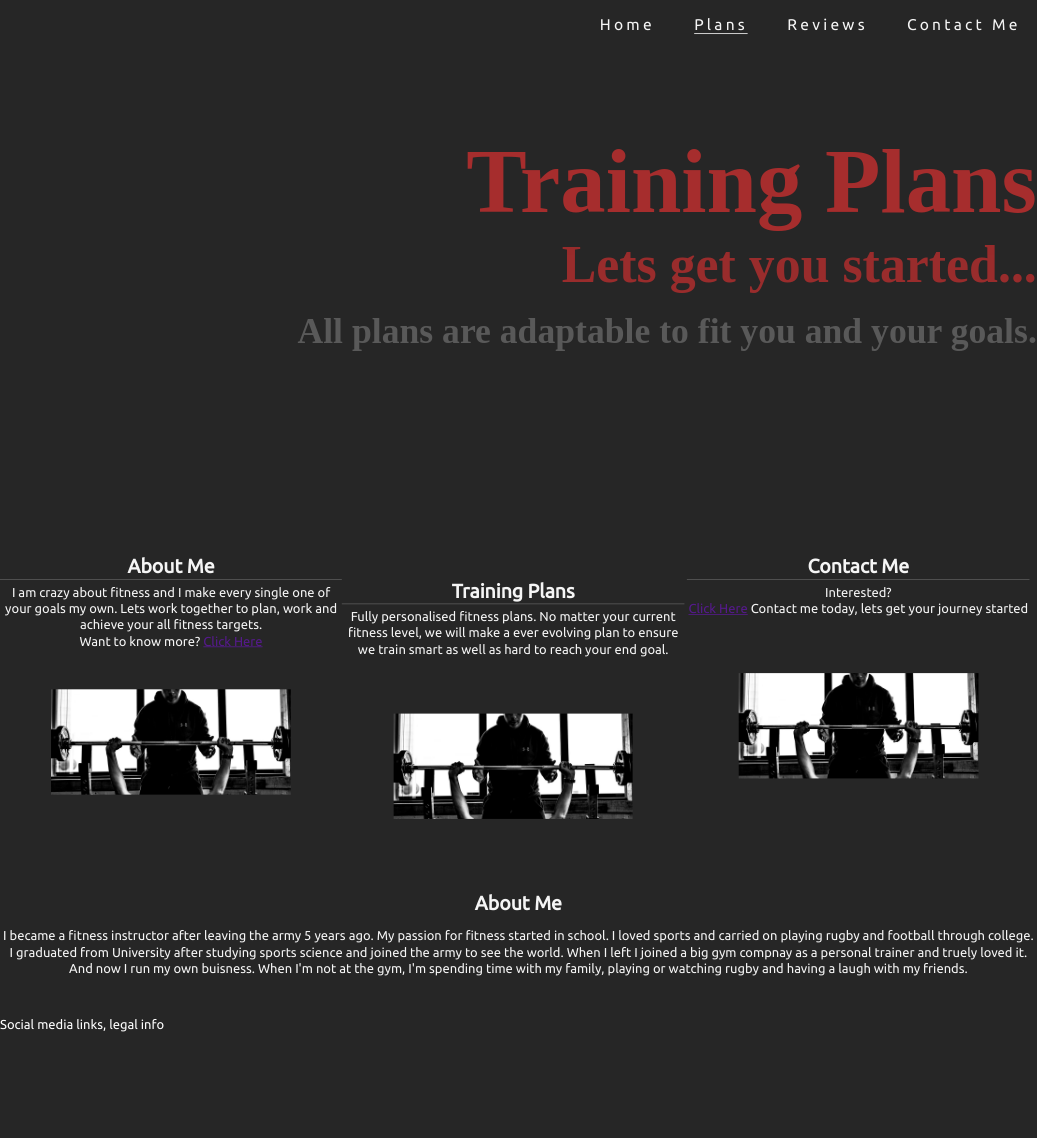
Repository: ClaireRoberts1403/Joe-Bloggs-Personal-Trainer
Page: html/plans.html
The author's editor kept a record of every edit. The page is drawn from the files as they stood at one moment, then again after the next edit.
The browser window is 1280 px wide. The pictures show the whole page, at 81% of full size.
Some web fonts or font styles are not loaded; a fallback is used.

Above is the page before.

After the next edit:
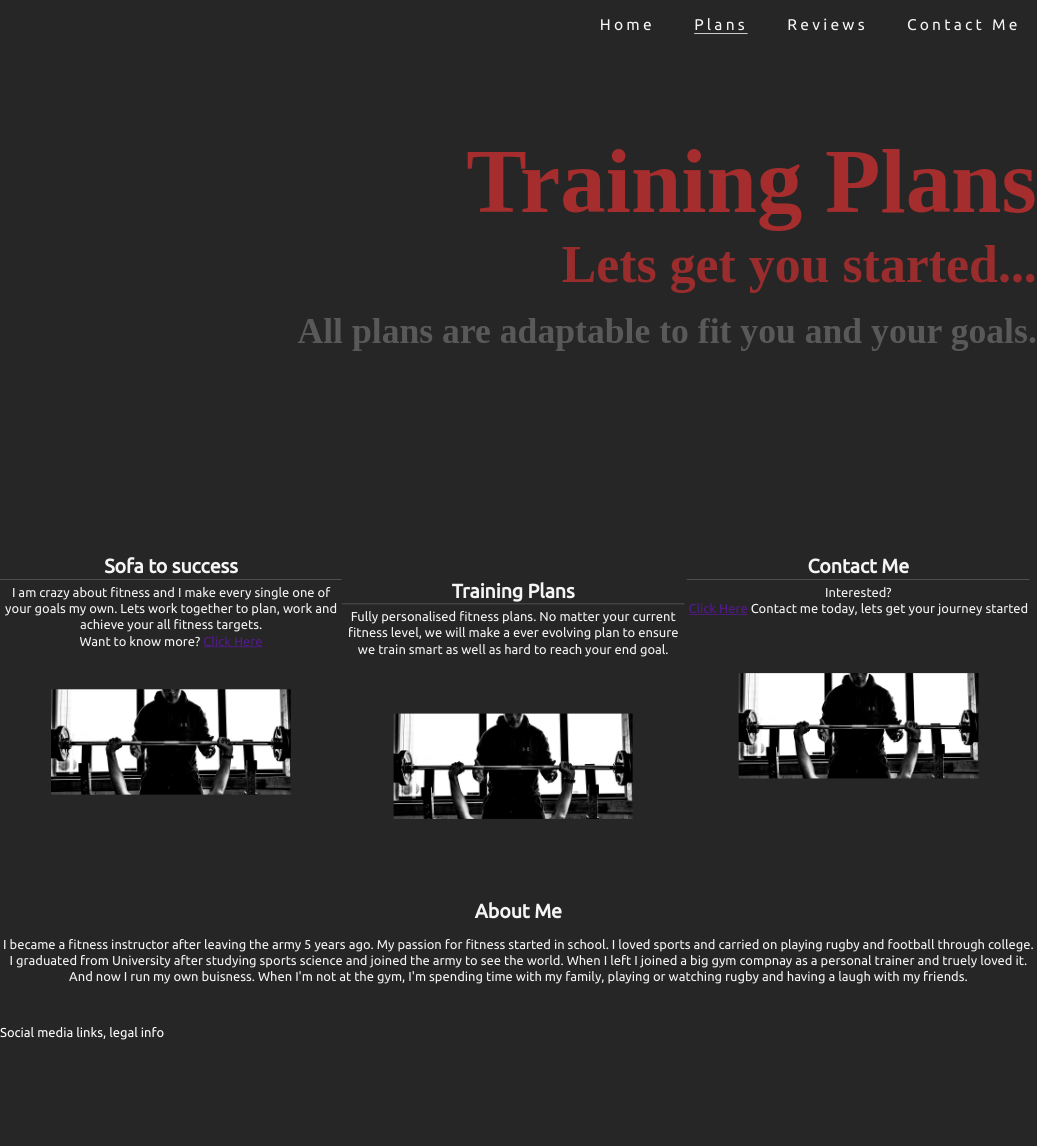
The edit:
--- a/html/plans.html
+++ b/html/plans.html
@@ -51,8 +51,8 @@
 	<!-- Image Links -->
 	<section id="overview">
 
-		<div class="about-me">
-			<h2>About Me <i class="#"></i></h2>
+		<div class="plan-1">
+			<h2>Sofa to success<i class="#"></i></h2>
 			<hr>
 			<p>I am crazy about fitness and I make every single one of your goals my own. Lets work together to plan, work and achieve your all fitness targets.</p>
 			<p> Want to know more? <a href "##">Click Here</a>
